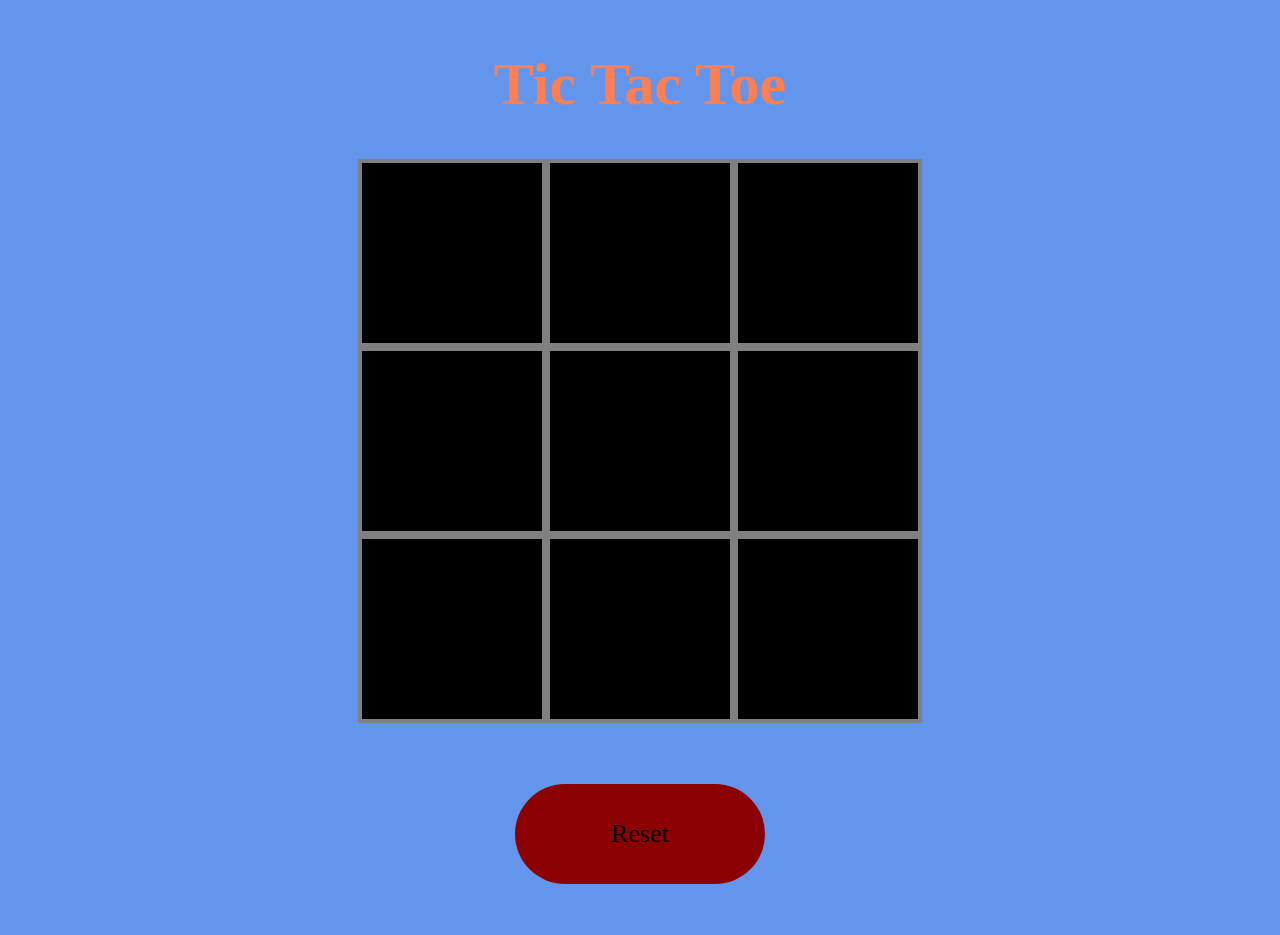
Repository: jontslater/tictaktoe
Page: /
An editor plug-in stored every save of this project. The page is shown before and after the next save, followed by the edit.
The browser window is 1280 px wide. The pictures show the whole page.
The project was rebuilt for these pictures with package versions that can differ from the ones it lists, and the page was loaded fresh each time. Also part of the build but not shown: src/App.css.

Above is the page before, as saved 2024-06-30 10:27:32.

After the next save:
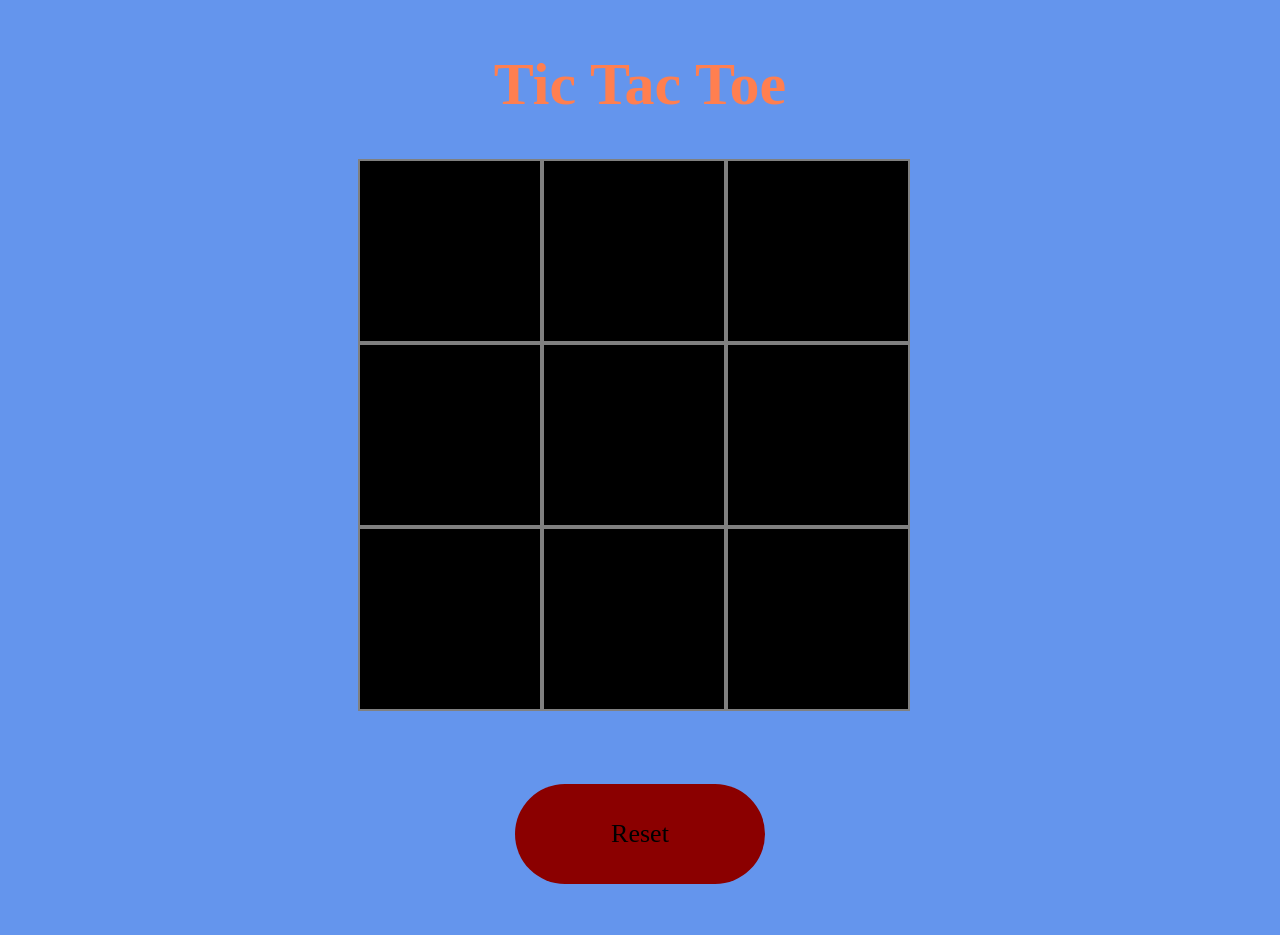
Saved 7 s later.
--- a/src/Components/TicTacToe/TicTacToe.css
+++ b/src/Components/TicTacToe/TicTacToe.css
@@ -32,7 +32,7 @@
   height: 180px;
   width: 180px;
   background-color:black;
-  border: 4px solid gray;
+  border: 2px solid gray;
   /* border-radius: 12px; */
   cursor: pointer;
 }
